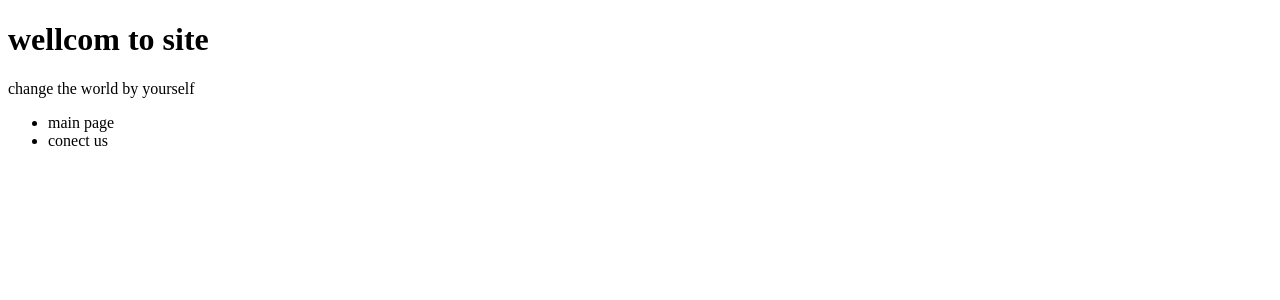
Repository: missmirzavand/tgh
Page: index.html
These files come from the project's save history. The page is drawn as it stood at one moment and after the next save; the edit follows.
The browser window is 1280 px wide. The pictures show the whole page.

Above is the page before, as saved 2023-12-10 21:48:11.

After the next save:
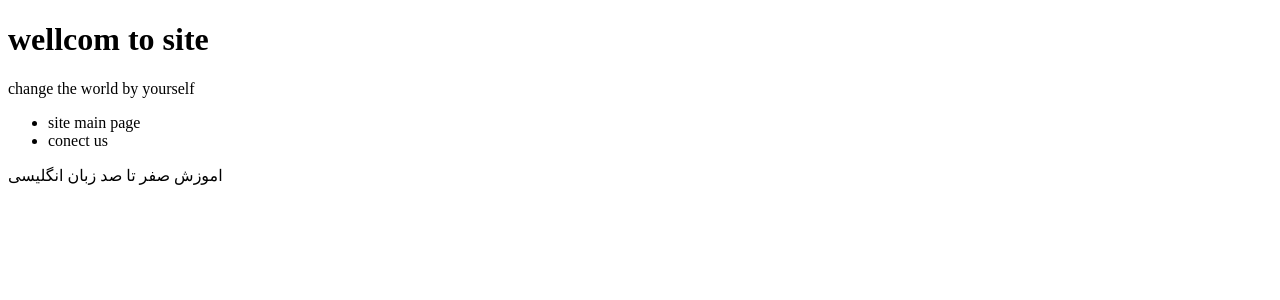
Saved 5 min 6 s later.
--- a/index.html
+++ b/index.html
@@ -9,9 +9,12 @@
     <h1>wellcom to site</h1>
     <p> change the world by yourself</p>
     <ul>
-        <li>main page</li>
+        <li>site main page</li>
         <li>conect us</li>
     </ul>
+    <footer>
+        اموزش صفر تا صد زبان انگلیسی
+    </footer>
 
 </body>
 </html>

After the save that followed:
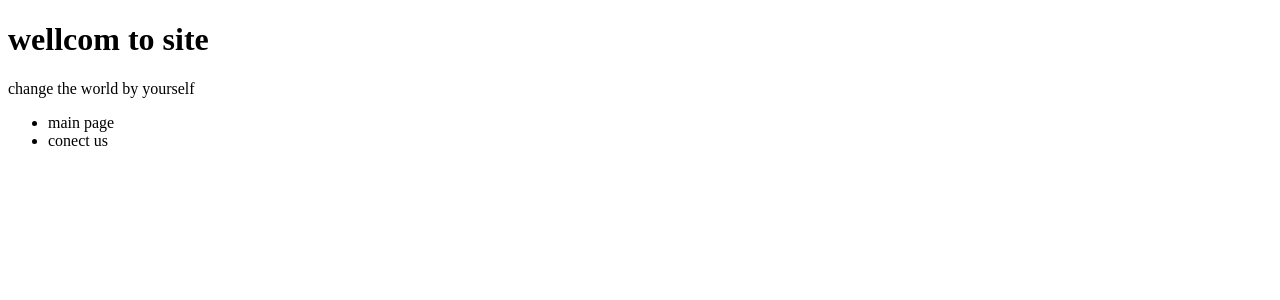
Saved 45 s later.
--- a/index.html
+++ b/index.html
@@ -9,12 +9,9 @@
     <h1>wellcom to site</h1>
     <p> change the world by yourself</p>
     <ul>
-        <li>site main page</li>
+        <li>main page</li>
         <li>conect us</li>
     </ul>
-    <footer>
-        اموزش صفر تا صد زبان انگلیسی
-    </footer>
 
 </body>
 </html>
